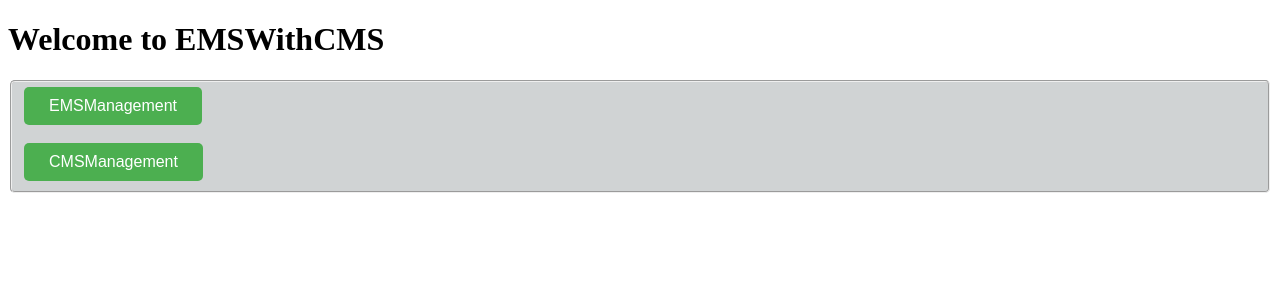
Repository: varnittyagi120/javaproject2
Page: eclipse-workspaceone/CMSWithEMSUsingServletInOptmiseWay/WebContent/index.html
These files come from the project's save history. The page is drawn as it stood at one moment and after the next save; the edit follows.
The browser window is 1280 px wide. The pictures show the whole page.

Above is the page before, as saved 2019-11-19 09:19:59.

### eclipse-workspaceone/CMSWithEMSUsingServletInOptmiseWay/WebContent/index.html
<!DOCTYPE html>
<html>
<style>
.button{
  background-color: #4CAF50;
  border: none;
  color: white;
  padding: 10px 25px;
  text-align: center;
  text-decoration: none;
  display: inline-block;
  font-size: 16px;

  border-radius:5px;
}

</style>
<body>
        <h1>Welcome to EMSWithCMS</h1>
        <fieldset Style='background-color:#D0D3D4;border-radius:5px;'>
            <le</legend>
			    <a href = "StartOfEMS"><button class="button" >EMSManagement</button></a><br><br>
	 		    <a href = "StartOfCMS"><button class="button" >CMSManagement</button></a>
        </fieldset>
</body>
</html>

After the next save:
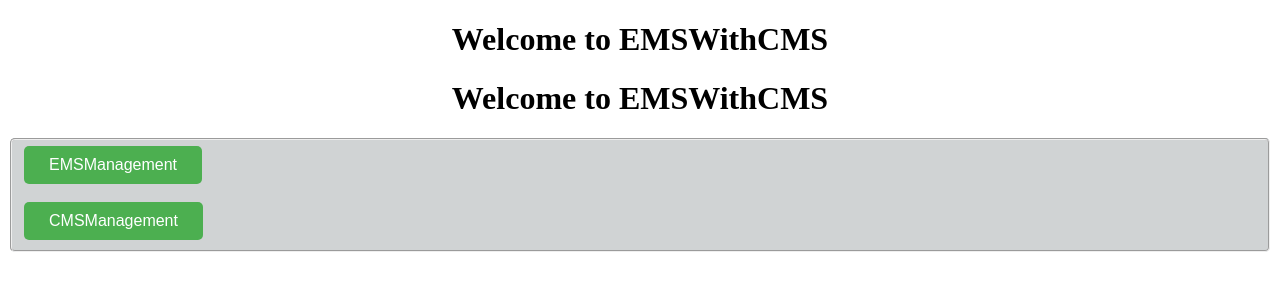
Saved 23 s later.
--- a/eclipse-workspaceone/CMSWithEMSUsingServletInOptmiseWay/WebContent/index.html
+++ b/eclipse-workspaceone/CMSWithEMSUsingServletInOptmiseWay/WebContent/index.html
@@ -16,7 +16,8 @@
 
 </style>
 <body>
-        <h1>Welcome to EMSWithCMS</h1>
+        <center><h1>Welcome to EMSWithCMS</h1>
+        <h1>Welcome to EMSWithCMS</h1></center>
         <fieldset Style='background-color:#D0D3D4;border-radius:5px;'>
             <le</legend>
 			    <a href = "StartOfEMS"><button class="button" >EMSManagement</button></a><br><br>
